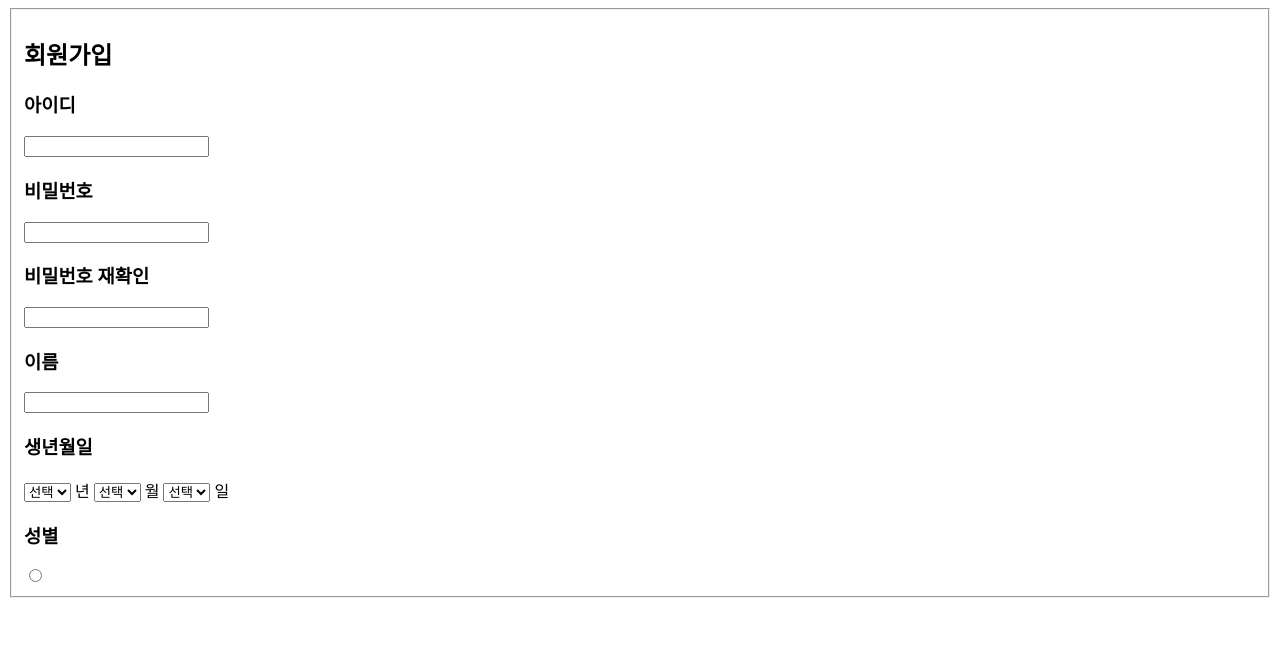
Repository: agheha/trillion
Page: YH/login/login.html
An editor plug-in stored every save of this project. The page is shown before and after the next save, followed by the edit.
The browser window is 1280 px wide. The pictures show the whole page.

Above is the page before, as saved 2019-09-03 09:03:26.

### YH/login/login.html
<!DOCTYPE html>
<html lang="en">
<head>
    <meta charset="UTF-8">
    <meta name="viewport" content="width=device-width, initial-scale=1.0">
    <meta http-equiv="X-UA-Compatible" content="ie=edge">
    <title>Document</title>
    <link rel="stylesheet" href="login.css">
</head>
<body>
    <form>
        <fieldset>
            <h2>회원가입</h2>
                <h3>아이디</h3>
                <div><input type="text" name="msg"></div>
                <h3>비밀번호</h3>
                <div><input type="password" name="pass"></div>
                <h3>비밀번호 재확인</h3>
                <div><input type="password" name="pass"></div>
                <h3>이름</h3>
                <div><input type="password" name="name"></div>
                <h3>생년월일</h3>
                <div>
                    <select name="year">
                        <option value="1">서울</option>
                        <option value="2">대구</option>
                        <option value="0" selected>선택</option>
                    </select> 년
                    <select name="year">
                        <option value="1">서울</option>
                        <option value="2">대구</option>
                        <option value="0" selected>선택</option>
                    </select> 월
                    <select name="year">
                        <option value="1">서울</option>
                        <option value="2">대구</option>
                        <option value="0" selected>선택</option>
                    </select> 일
                </div>
                <h3>성별</h3>
                <div><input type="radio" name="gender"></div>
        </fieldset>
    </form>
</body>
</html>

Loaded but not shown: YH/login/login.css (no copy from this time; the picture is the same without it)

After the next save:
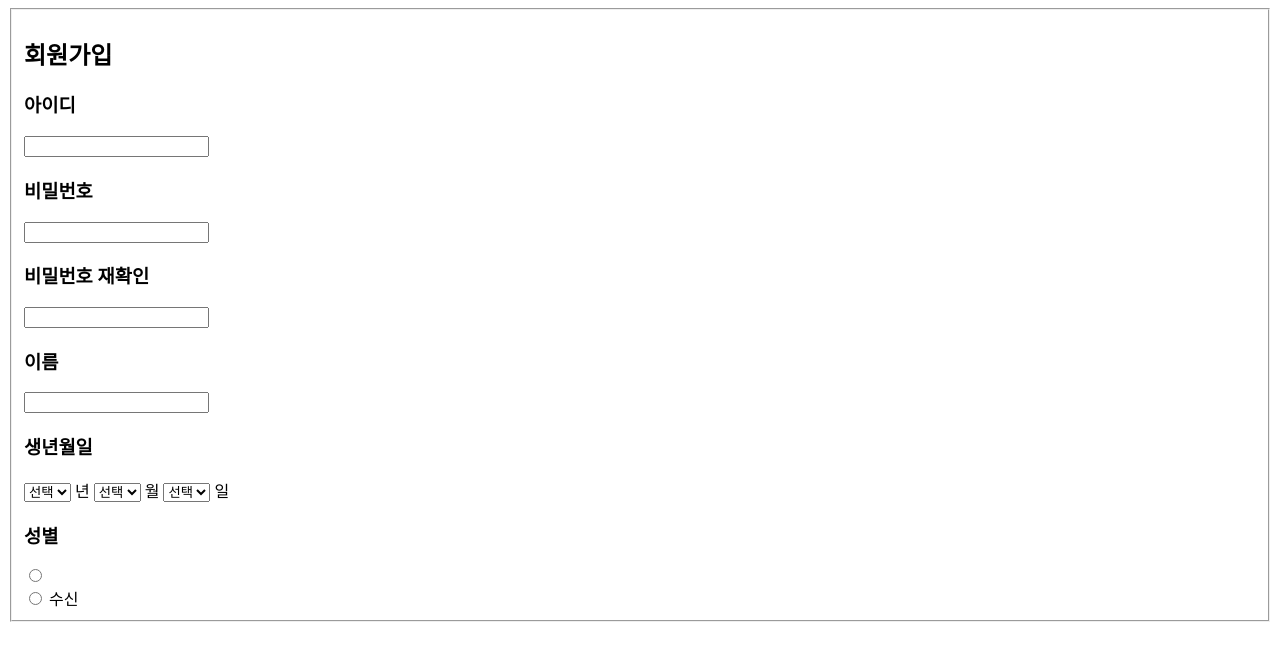
Saved 52 s later.
--- a/YH/login/login.html
+++ b/YH/login/login.html
@@ -39,6 +39,8 @@
                 </div>
                 <h3>성별</h3>
                 <div><input type="radio" name="gender"></div>
+                <input type="radio" id="sms1"name="sms" value="1">
+            <label for="sms1">수신</label>
         </fieldset>
     </form>
 </body>
